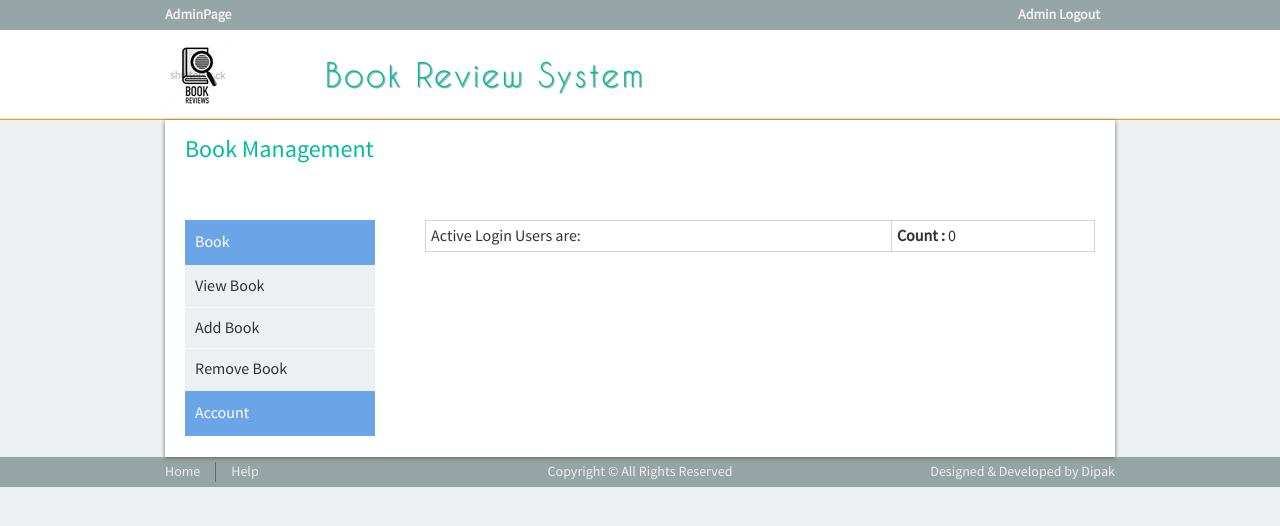
Repository: dipaksh/MyMiniProject
Page: http://localhost/BookReviewSystem/ActiveSessionCount.jsp
An editor plug-in stored every save of this project. The page is shown before and after the next save, followed by the edit.
The browser window is 1280 px wide. The pictures show the whole page.
The page is served by Tomcat 9. Other server files are loaded and not shown.

Above is the page before, as saved 2016-09-21 10:12:29.

### LastDayDestiny/BookReviewSystem/WebContent/ActiveSessionCount.jsp
<%@ page language="java" contentType="text/html; charset=ISO-8859-1"
    pageEncoding="ISO-8859-1"%>
 <%@ page import="java.sql.*" %>

<%@ page import="model.*" %>
<%@ page import="BusinessLogic.*" %>
<%ResultSet resultset =null;%>
<%ResultSet resultset1 =null;%>
<%ResultSet resultset2 =null;%>

<!DOCTYPE html PUBLIC "-//W3C//DTD XHTML 1.0 Transitional//EN" "http://www.w3.org/TR/xhtml1/DTD/xhtml1-transitional.dtd">
<html xmlns="http://www.w3.org/1999/xhtml">

	<head>
		<meta content="text/html; charset=utf-8" http-equiv="Content-Type" />

		<title>Book Review System </title>

		<link rel="stylesheet" type="text/css" href="css/960_24_col.css" />
		<link rel="stylesheet" type="text/css" href="css/fonts.css" charset="utf-8" />
		<link rel="stylesheet" type="text/css" href="css/prettyPhoto.css" />
		<link href="css/jquery-ui-1.9.1.date-picker.css" rel="stylesheet" type="text/css" />
		<link href="css/validationEngine.jquery.css" rel="stylesheet" type="text/css" />
		<link rel="stylesheet" type="text/css" href="css/style.css" />
		<link rel="stylesheet" type="text/css" href="css/forms.css" />

		<script type="text/javascript" src="js/jquery-1.8.3.min.js"></script>
		<script type="text/javascript">
			var relTag = "login";
		</script>
		<style>
		span.msg{
		color:red;
		}
		</style>

		<script type="text/javascript">


		</script>
	</head>

	<body>
		<!-- HEADER START -->
		<div class="header">
			<div class="dark-nav">
				<div class="container_24">
					<div class="grid_12">
						<ul class="nav-alt">
							<b>AdminPage</b>


						</ul>
					</div>
					<div class="grid_12">
						<ul class="nav-alt">
							<form action="#" class="float-right" method="post">
				   				<table cellpadding="0" cellspacing="0">
									<tr>
										<td>
							     			<li><a href="logout.jsp"><B>Admin Logout</B></a></li>
							     		</td>

									</tr>
								</table>
				</form>
				</ul>

					</div>
					<div class="clear"></div>
				</div>
			</div>
			<div class="container_24">
				<div class="grid_4">
					<img alt="logo" src="images/bookreview.png" class="img-logo" />
				</div>
				<div class="grid_20">
					<h1 class="title">Book Review System</h1>
				</div>
				<div class="clear"></div>
			</div>

			<div class="nav-main-container">
				<div class="container_24">
					<div class="grid_24">

					</div>
					<div class="clear"></div>
				</div>
			</div>
		</div>
		<!-- HEADER END -->


		<!-- CONTENTS START -->
	<div class="container_24">
			<div class="grid_24">
				<div class="contents">
					<div class="padding_20">
						<h2> Book Management</h2>
					</div>
						<div class="grid_6 alpha">
							<div class="padding_20">
								<div class="accordion nav-sidebar">
									<h3>Book</h3>
										<div>


											<ul>
												<li><a href="ViewBook.jsp">View Book </a></li>
												<li><a href="AdminIndex.jsp">Add Book</a></li>
												<li><a href="RemoveBook.jsp">Remove Book </a></li>

											</ul>
										</div>


									<h3>Account</h3>
										<div>
											<ul>
												<li><a href="ActiveSessionCount.jsp">Check LoginUser</a></li>
											</ul>
										</div>


								</div>
							</div>
						</div>

						<div class="grid_18 omega">

							<div class="padding_20 text-justify">
								<form id="frmMain" action="AddBooksDetails" method="get">
									<table class="form-table" style="width:auto">


										 <table border='0' width='100%' class='table11'>
										<tr>
											<td>Active Login Users are:</td>
											<td><b>Count : </b><%=SessionCounter.getActiveSessionNumber()-1 %></td>
										</tr>



									</table>
								</form>

							</div>
						</div>

					<div class="clear"></div>
				</div>
			</div>
		</div>
		<div class="clear"> </div>


		<!-- CONTENTS END -->





		<!-- FOOTER START -->
		<div class="dark-nav footer">
			<div class="container_24">
				<div class="grid_8">
					<ul class="nav-alt">
							<li><a href="index.jsp">Home</a></li>

							 <li><a href="#">Help</a></li>
					</ul>
				</div>
					<div class="grid_8">
						<div class="text-center">Copyright &copy; All Rights Reserved</div>
					</div>
					<div class="grid_8">
						<div class="text-right">Designed &amp; Developed by Dipak</div>
					</div>
					<div class="clear"></div>
			</div>
		</div>
	<!-- FOOTER START -->


	</body>
		<script src="js/jquery-ui-1.9.2.custom.min.js" type="text/javascript"></script>
		<script src="js/jquery.validationEngine.js" type="text/javascript"></script>
		<script src="js/jquery.validationEngine-en.js" type="text/javascript"></script>
		<script type="text/javascript" src="js/jquery.bxslider.min.js"></script>
		<script type="text/javascript" src="js/jquery.prettyPhoto.js"></script>
		<script type="text/javascript" src="js/custom.js"></script>

</html>

### LastDayDestiny/BookReviewSystem/WebContent/css/fonts.css
@font-face {
    font-family: 'entypo';
    src: url('../fonts/entypo.eot');
    src: url('../fonts/entypo.eot?#iefix') format('embedded-opentype'),
         url('../fonts/entypo.woff') format('woff'),
         url('../fonts/entypo.ttf') format('truetype'),
         url('../fonts/entypo.svg#entypo') format('svg');
    font-weight: normal!important;
    font-style: normal!important;
}

@font-face {
    font-family: 'source_sans_proregular';
    src: url('../fonts/sourcesanspro-regular-webfont.eot');
    src: url('../fonts/sourcesanspro-regular-webfont.eot?#iefix') format('embedded-opentype'),
         url('../fonts/sourcesanspro-regular-webfont.woff') format('woff'),
         url('../fonts/sourcesanspro-regular-webfont.ttf') format('truetype'),
         url('../fonts/sourcesanspro-regular-webfont.svg#source_sans_proregular') format('svg');
    font-weight: normal;
    font-style: normal;

}

@font-face {
    font-family: 'caviar_dreamsregular';
    src: url('../fonts/CaviarDreams-webfont.eot');
    src: url('../fonts/CaviarDreams-webfont.eot?#iefix') format('embedded-opentype'),
         url('../fonts/CaviarDreams-webfont.woff') format('woff'),
         url('../fonts/CaviarDreams-webfont.ttf') format('truetype'),
         url('../fonts/CaviarDreams-webfont.svg#caviar_dreamsregular') format('svg');
    font-weight: normal;
    font-style: normal;

}

### LastDayDestiny/BookReviewSystem/WebContent/css/validationEngine.jquery.css



/* Z-INDEX */
 .formError { z-index: 990; }
    .formError .formErrorContent { z-index: 991; }
    .formError .formErrorArrow { z-index: 996; }

    .ui-dialog .formError { z-index: 5000; }
    .ui-dialog .formError .formErrorContent { z-index: 5001; }
    .ui-dialog .formError .formErrorArrow { z-index: 5006; }




.inputContainer {
	position: relative;
	float: left;
}

.formError {
	position: absolute;
	top: 300px;
	left: 300px;
	display: block;
	cursor: pointer;
	text-align: left;
}

.formError.inline {
	position: relative;
	top: 0;
	left: 0;
	display: inline-block;
}

.ajaxSubmit {
	padding: 20px;
	background: #55ea55;
	border: 1px solid #999;
	display: none;
}

.formError .formErrorContent {
	width: 100%;
	background: #ac193d;
	position:relative;
	color: #fff;
	min-width: 120px;
	font-size: 11px;
	border: 1px solid #ddd;
	box-shadow: 0 0 3px #000;
	-moz-box-shadow: 0 0 3px #000;
	-webkit-box-shadow: 0 0 3px #000;
	-o-box-shadow: 0 0 3px #000;
	padding: 4px 10px 4px 10px;
	border-radius: 3px;
	-moz-border-radius: 3px;
	-webkit-border-radius: 3px;
	-o-border-radius: 3px;
}

.formError.inline .formErrorContent {
	box-shadow: none;
	-moz-box-shadow: none;
	-webkit-box-shadow: none;
	-o-box-shadow: none;
	border: none;
	border-radius: 0;
	-moz-border-radius: 0;
	-webkit-border-radius: 0;
	-o-border-radius: 0;
}

.greenPopup .formErrorContent {
	background: #33be40;
}

.blackPopup .formErrorContent {
	background: #393939;
	color: #FFF;
}

.formError .formErrorArrow {
	width: 15px;
	margin: -2px 0 0 13px;
	position:relative;
}
body[dir=rtl] .formError .formErrorArrow, body.rtl .formError .formErrorArrow {
	margin: -2px 13px 0 0;
}

.formError .formErrorArrowBottom {
	box-shadow: none;
	-moz-box-shadow: none;
	-webkit-box-shadow: none;
	-o-box-shadow: none;
	margin: 0px 0 0 12px;
	top:2px;
}

.formError .formErrorArrow div {
	border-left: 2px solid #ddd;
	border-right: 2px solid #ddd;
	box-shadow: 0 2px 3px #444;
	-moz-box-shadow: 0 2px 3px #444;
	-webkit-box-shadow: 0 2px 3px #444;
	-o-box-shadow: 0 2px 3px #444;
	font-size: 0px;
	height: 1px;
	background: #ac193d;
	margin: 0 auto;
	line-height: 0;
	font-size: 0;
	display: block;
}

.formError .formErrorArrowBottom div {
	box-shadow: none;
	-moz-box-shadow: none;
	-webkit-box-shadow: none;
	-o-box-shadow: none;
}

.greenPopup .formErrorArrow div {
	background: #33be40;
}

.blackPopup .formErrorArrow div {
	background: #393939;
	color: #FFF;
}

.formError .formErrorArrow .line10 {
	width: 15px;
	border: none;
}

.formError .formErrorArrow .line9 {
	width: 13px;
	border: none;
}

.formError .formErrorArrow .line8 {
	width: 11px;
}

.formError .formErrorArrow .line7 {
	width: 9px;
}

.formError .formErrorArrow .line6 {
	width: 7px;
}

.formError .formErrorArrow .line5 {
	width: 5px;
}

.formError .formErrorArrow .line4 {
	width: 3px;
}

.formError .formErrorArrow .line3 {
	width: 1px;
	border-left: 2px solid #ddd;
	border-right: 2px solid #ddd;
	border-bottom: 0 solid #ddd;
}

.formError .formErrorArrow .line2 {
	width: 3px;
	border: none;
	background: #ddd;
}

.formError .formErrorArrow .line1 {
	width: 1px;
	border: none;
	background: #ddd;
}

### LastDayDestiny/BookReviewSystem/WebContent/css/style.css
.test
{
	background-color:#ccc;
}

body{
	background-color:#ecf0f1;
	font-family: 'source_sans_proregular';
	font-size:16px;
	line-height:20px;
	margin:0;
	color:#333;
}

a
{
	color:#e67e22;
	text-decoration: none;
	-webkit-transition: all 200ms ease-in;
    -o-transition: all 200ms ease-in;
    -moz-transition: all 200ms ease-in;
}
a:hover
{
	color:#00bc9d;
}
a img {
	border: 0;
}

p{
	margin-top:0;
	margin-bottom:10px;
	text-align:justify;
}
hr
{
	margin:5px 0;
	border-color:#ccc;
	border-right:0 none;
	border-width:1px 0 0;
	border-style:solid;
	box-sizing:content-box;
	-moz-box-sizing:content-box;
}

h1{
	font-family: 'caviar_dreamsregular';
	font-size:32px;
	letter-spacing:2px;
	color:#00bc9d;
	font-weight:normal;
}
h2{
	font-size:24px;
	color:#00bc9d;
	font-weight:normal;
	margin-top:0;
}
h3{
	font-size:18px;
	font-weight:normal;
	margin-top:0;
	margin-bottom:0;
}
h4{
	color:#00bc9d;
	font-size:18px;
	font-weight:normal;
	margin-top:0;
	margin-bottom:0;

}
h5
{
	font-size:20px;
	color:#00bc9d;
	font-weight:normal;
	margin-top:0;

}
h6
{
	font-size:16px;
	color:#f39c11;
	font-weight:normal;
	margin:0 5px 0 0;
	padding:0;
	display:inline-block;
}


h7
{
	font-size:16px;
	color:#00bc9d;
	font-weight:normal;
	margin-top:0;

}


.icon
{
	font-family: 'entypo';
	line-height:0;
	font-size:30px;
	margin:0 5px 0 5px;
}


.icon-link
{
	position:relative;
}
.icon-link .icon
{
	position:absolute;
	float:right;
	top:2px;
}


/* HEADER */
.header{
	background-color:#fff;
	border-bottom:1px solid #f39c12;
}


.dark-nav{
	background-color:#95a5a6;
	padding:5px 0;
	color:#eee;
}

.dark-nav input[type=button],
.dark-nav input[type=submit]
{
	padding:1px 5px;
	margin:0;
}


.nav-alt{
	list-style-type:none;
	margin:0;
	padding:0;
	font-size:14px;
}
.nav-alt li{
	float:left;
	margin:0;
	padding:0 15px;
	border-left:1px solid #53705b;
}
.nav-alt li:first-child{
	padding-left:0;
	border-left:0;
}
.nav-alt li a{
	color:#eee;
}
.nav-alt li a:hover{
	color:#fff;
}


.img-logo{
	margin:5px 0;
}
.title{
	margin-top:35px;
	-webkit-text-shadow: 1px 1px 1px #95a5a6;
	-moz-text-shadow: 1px 1px 1px #95a5a6;
	text-shadow: 1px 1px 1px #95a5a6;
}


/* MAIN MENU */
.nav-main-container{
	border-top:1px solid #ecf0f1;
}
.nav-main,
.nav-main ul{
	list-style-type:none;
	margin:0;
	padding:0;
}
.nav-main li{
	float:left;
	margin:0;
	padding:0;
	border-left:1px solid #ecf0f1;
	position:relative;
}
.nav-main li:first-child{
	border-left:0;
}
.nav-main li a{
	color:#333;
	padding:15px 20px;
	display:block;
}
.nav-main li:hover,
.nav-main li.active,
.nav-main li.active a,
.nav-main li:hover a{
	color:#fff;
	background-color:#f39c12;
}
.nav-main ul{
	z-index:9999;
	position:absolute;
	left:0;
	top: 50px;
	display: none;
	background-color: #f39c12;
	/*width: 160px;*/
}
.nav-main li li{
	border-left: 0;
	border-bottom: 1px solid #ecf0f1;
	width: 165px;
}
.nav-main li li:hover,
.nav-main li li:hover a{
	background-color:#e67e22;
}
.nav-main li:hover ul{
	display: block;
}
.nav-main .icon
{
	display:block;
	float:right;
	margin:3px 0 0 7px;
}



/* CONTENTS */
.contents{
	background-color:#fff;
	-webkit-box-shadow: 0px 1px 4px #666;
	-moz-box-shadow: 0px 1px 4px #666;
	box-shadow: 0px 1px 4px #666;
}


/* ACCORDION & SIDEBAR & NEWS-TICKER */
.nav-sidebar
{
	background-color:#ecf0f1;
}
.accordion
{
}
.nav-sidebar ul
{
	list-style-type:none;
	margin:0;
	padding:0;
}
.ui-accordion .ui-accordion-header
{
	padding:12px 10px;
	display:block;
	background-color:#6ba4e7;
	color:#fff;
	cursor: pointer;
	position: relative;
	zoom: 1;
	margin-bottom:1px;
}
.ui-accordion .ui-accordion-content
{
	background-color:#ecf0f1;
	padding:10px;
	zoom: 1;
	margin-bottom:1px;
}
.nav-sidebar h3
{
	padding:12px 10px;
	display:block;
	background-color:#6ba4e7;
	color:#fff;
	cursor: pointer;
	position: relative;
	zoom: 1;
	margin-bottom:1px;
}

.nav-sidebar li
{
	padding:10px;
	border-top:1px solid #fff;
}
.nav-sidebar li:first-child
{
	border:0;
}
.nav-sidebar li a
{
	color:#333;
}
.nav-sidebar li.active a,
.nav-sidebar li a:hover
{
	color:#e67e22;
}
.ui-accordion.nav-sidebar .ui-accordion-content
{
	padding:0px;
}
.news-ticker
{
}
.news-ticker .icon
{
	color:#fd5760;
	display:block;
	float:left;
	font-size:50px;
	margin:2px 5px 0 0px;
	padding-bottom:20px;
}
.news-ticker1
{
}
.news-ticker1 .icon
{
	color:#fd5760;
	//display:block;
	float:left;
	font-size:30px;
	margin:0px 0px 0 0px;
	padding-bottom:20px;
}

.bx-wrapper
{
	margin-top:-1px!important;
}


/* TABS */
.tabs-container
{
}
.tabs,
.tabs ul
{
	list-style-type:none;
	margin:0;
	padding:0;
	display:block;
	width:100%;
}
.tabs li
{
	float:left;
	background-color:#ecf0f1;
	margin-right:1px;
}
.tabs li a
{
	color:#333;
	display:block;
	padding:10px 20px;
}
.tabs .ui-state-hover,
.tabs .ui-state-hover a,
.tabs .ui-state-active,
.tabs .ui-state-active a
{
	color:#fff;
	background-color:#6ba5e7;
}
.tabs-contents
{
	border:1px solid #ecf0f1;
	padding:10px;
}


/* SLIDER */
.slider-container{
	background-color:#7f8c8d;
	padding:20px 0;
}
.slider{
	position: relative;
    overflow: hidden;
}
.slider .icon
{
	display:block;
	float:right;
	margin:3px 0 0 7px;
}

ul.slider,
.slider ul{
	list-style-type:none;
	margin:0;
	padding:0;
}
.slider li{
	float:left;
	background-color:#fff;
	padding:5px 5px 0 5px;
	-webkit-box-shadow: 0px 0px 4px #000;
	-moz-box-shadow: 0px 0px 4px #000;
	box-shadow: 0px 0px 4px #000;

}
.slider img{
	width:150px;
	height:120px;
}
.slider-left,
.slider-right{
	font-family: 'entypo';
	font-size:50px;
	display:block;
	text-align:center;
	width:42px;
	height:42px;
	cursor:default;
	margin-top:40px;
	padding:1px;
	background-color:#fff;
}
.slider-right{
	margin-left:-13px;
}
.slider-left a,
.slider-right a{
	color:#f39c12;
}

.slider-left img,
.slider-right img{
	margin-top:40px;
}



/* FOOTER */
.footer{
	font-size:14px;
}



/* HELPERS */
.table11{
	border-collapse:collapse;
	border-spacing:0;
	border-color:#ecf0f1;
	margin-bottom:5px;
}



.table11 th{
	background-color:#ecf0f1;
	text-align:center;
	border:1px solid #cfd6d8;
}

.table11 td{

	padding:5px;
	border:1px solid #cfd6d8;
}

.table11 b1{


	border:1px solid #000000;

}


.text-indent{
	text-indent: 20px;
}
.text-right{
	text-align:right;
}
.text-center{
	text-align:center;
}
.text-justify{
	text-align:justify;
}
.padding_20{
	padding:20px;
}
.float-right{
	float:right;
}


#results{
/*font: 12px Arial, Helvetica, sans-serif;
width: 400px;
margin-left: auto;
margin-right: auto;*/
}
#results .loading-indication{
	background:#FFFFFF;
	padding:10px;
	position: absolute;
}
.paginate {
	padding: 0px;
	margin: 0px;
	height: 30px;
	display: block;
	text-align: center;
}
.paginate li {
	display: inline-block;
	list-style: none;
	padding: 0px;
	margin-right: 1px;
	width: 30px;
	text-align: center;
	background:#666666;
	line-height: 25px;
}
.paginate .active {
	display: inline-block;
	list-style: none;
	padding: 0px;
	margin-right: 1px;
	width: 30px;
	text-align: center;
	line-height: 25px;
	background-color:  #4CC2AF;
}
.paginate li a{
	color:#FFFFFF;
	text-decoration:none;
}
.page_result{
	padding: 0px;
}
.page_result li{
	background: #E4E4E4;
	margin-bottom: 5px;
	padding: 10px;
	font-size: 12px;
	list-style: none;
}
.page_result .page_name {
font-size: 14px;
font-weight: bold;
margin-right: 5px;
}




.hide{
	/*visibility:hidden;*/
	display:none;
}
.show{
	/*visibility:visible;*/
	display:inline-block;
}
tr.show{
	display:table-row;
}

### LastDayDestiny/BookReviewSystem/WebContent/css/forms.css
form, fieldset, legend{margin:0; padding:0; border:none;}
legend{display:none;}

input[type=text], input[type=password], input[type=file], select, textarea
{
	background-color:#fff;
	color:#2c2d36;
	border:1px #777 solid;
	padding:3px 2px;
	width:100%;
}
textarea{
	resize:none;
}

input.txtDatePicker{
	background-image:url('../images/calendar.png');
	background-repeat:no-repeat;
	background-position:right 5px;
}


input[type=button], input[type=submit], .btn-main
{
	cursor:pointer;
	border:0;
	font-size:14px;
	color:#fff;
	background-color:#4543aa;
	text-align:center;
	padding:5px 10px;
	margin:0px 5px 0 5px;
    text-decoration:none;
    -webkit-transition: all 200ms ease-in;
    -o-transition: all 200ms ease-in;
    -moz-transition: all 200ms ease-in;
    border:1px solid #4543aa;
    -webkit-border-radius: 3px;
    border-radius: 3px;
    -webkit-box-shadow:0px 0px 5px #777;
	-moz-box-shadow:0px 0px 5px #777;
	box-shadow:0px 0px 5px #777;
}

input[type=button]:hover, input[type=submit]:hover, .btn-main:hover
{
	color:#4543aa;
	background-color:#fff;
}

input[type=reset], input.reset, .btn-reset
{
	cursor:pointer;
	border:0;
	font-size:14px;
	color:#fff;
	background-color:#aa4344;
	text-align:center;
	padding:5px 10px;
	margin:3px 5px 2px 0;
    text-decoration:none;
    -webkit-transition: all 200ms ease-in;
    -o-transition: all 200ms ease-in;
    -moz-transition: all 200ms ease-in;
    border:1px solid #aa4344;
    -webkit-border-radius: 3px;
    border-radius: 3px;
    -webkit-box-shadow:0px 0px 5px #777;
	-moz-box-shadow:0px 0px 5px #777;
	box-shadow:0px 0px 5px #777;
}
input[type=reset]:hover, input.reset:hover, .btn-reset:hover
{
	color:#aa4344;
	background-color:#fff;
}

input[type=radio], input[type=checkbox]
{
	vertical-align:middle;
	margin-top:-1px;
	margin-right:4px;
}
label
{
  font-weight:normal;
  margin-top:5px;
}

.shadow_red{
	box-shadow:0 0 4px #ac193d;
	-moz-box-shadow:0 0 4px #ac193d;
	-webkit-box-shadow:0 0 4px #ac193d;
	-o-box-shadow:0 0 4px #ac193d;
	border:1px #ac193d solid!important;
}
.shadow_none{
	box-shadow: none;
	-moz-box-shadow: none;
	-webkit-box-shadow: none;
	-o-box-shadow: none;
	border:1px #777 solid;
}

.form-table
{
	width:100%;
	border:0;
}
.form-table td,
.form-table th
{
	padding-bottom:7px;
}
.form-table th
{
	font-weight:normal;
	width:200px;
	text-align:right;
	padding-right:7px;
}

Loaded but not shown: LastDayDestiny/BookReviewSystem/WebContent/css/jquery-ui-1.9.1.date-picker.css (library); LastDayDestiny/BookReviewSystem/WebContent/js/jquery-1.8.3.min.js (library); LastDayDestiny/BookReviewSystem/WebContent/js/jquery-ui-1.9.2.custom.min.js (library); LastDayDestiny/BookReviewSystem/WebContent/js/jquery.validationEngine.js (library); LastDayDestiny/BookReviewSystem/WebContent/js/jquery.validationEngine-en.js (library); LastDayDestiny/BookReviewSystem/WebContent/js/jquery.bxslider.min.js (library); LastDayDestiny/BookReviewSystem/WebContent/js/jquery.prettyPhoto.js (library); LastDayDestiny/BookReviewSystem/WebContent/js/custom.js (106 lines, source omitted); LastDayDestiny/BookReviewSystem/WebContent/css/prettyPhoto.css (686 lines, source omitted); LastDayDestiny/BookReviewSystem/WebContent/css/960_24_col.css (621 lines, source omitted)

After the next save:
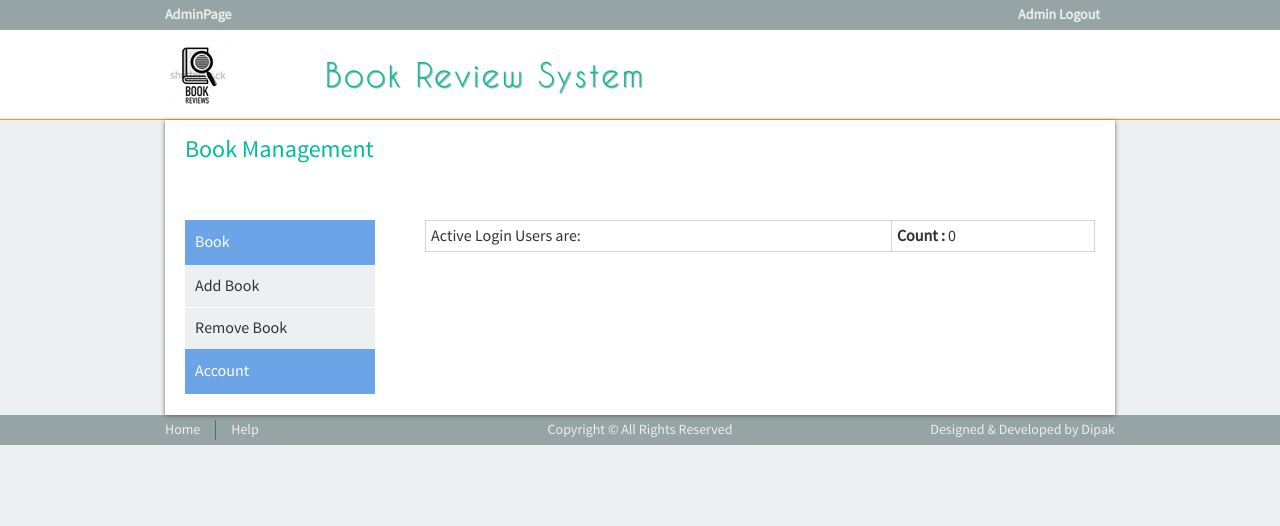
Saved 106 s later.
--- a/LastDayDestiny/BookReviewSystem/WebContent/ActiveSessionCount.jsp
+++ b/LastDayDestiny/BookReviewSystem/WebContent/ActiveSessionCount.jsp
@@ -107,7 +107,7 @@
 
 
 											<ul>
-												<li><a href="ViewBook.jsp">View Book </a></li>
+
 												<li><a href="AdminIndex.jsp">Add Book</a></li>
 												<li><a href="RemoveBook.jsp">Remove Book </a></li>
 
